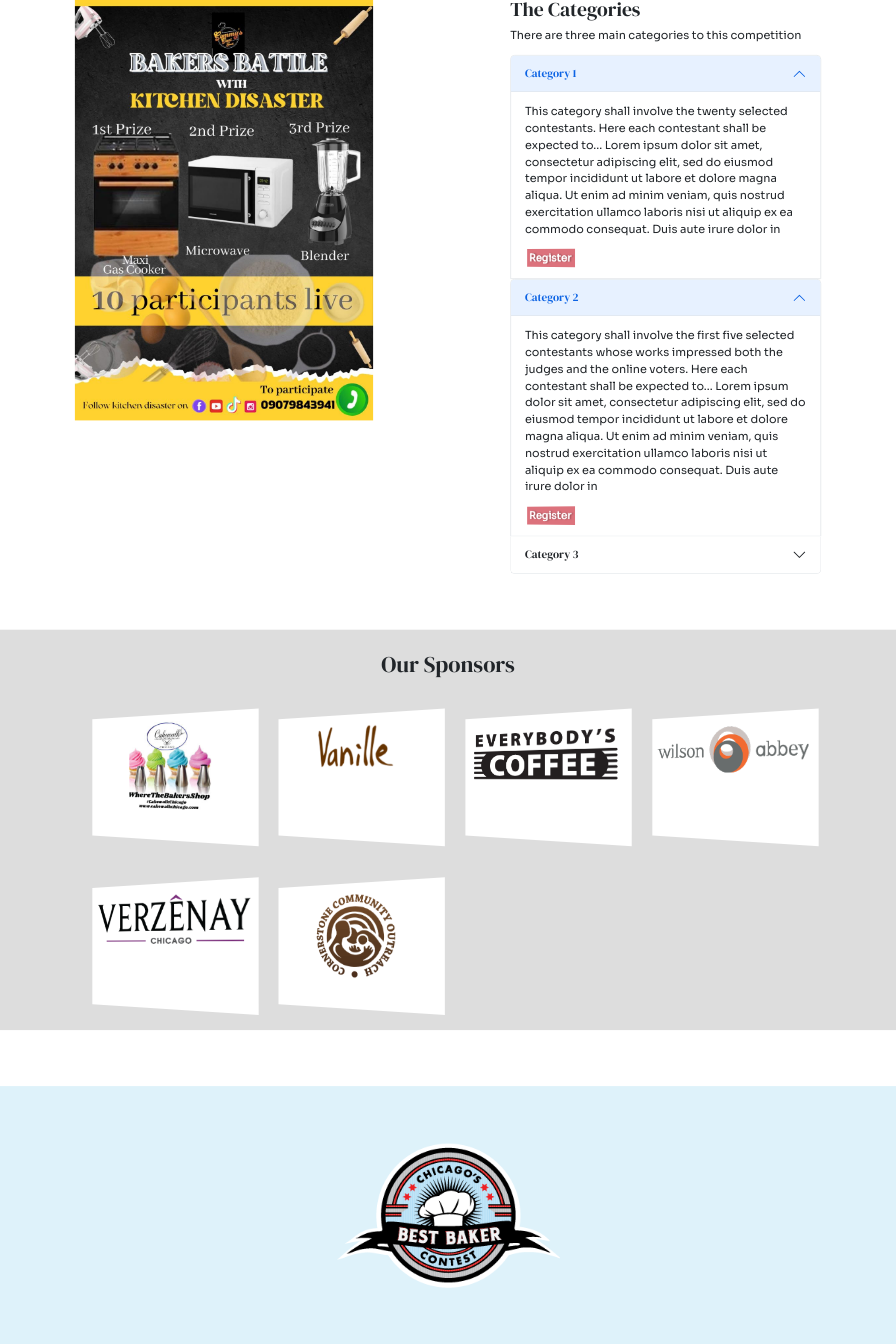
Repository: sarahnnanyelugo/bakers-battle
Page: /
The author's editor kept a copy of each file at every save. The page is drawn from the files as they stood at one save, then again after the next save.
The browser window is 1280 px wide. The pictures show the part of the page from y = 2112 to 4032 px (the page is 4032 px tall before and 3992 px after), at 70% of full size.
The project was rebuilt for these pictures with package versions that can differ from the ones it lists, and the page was loaded fresh each time. Also part of the build but not shown: src/components/ScreenSlide/slide.scss, src/components/ScreenSlide/ScreenSlide.js.

Above is the page before, as saved 2024-07-09 20:28:56.

After the next save:
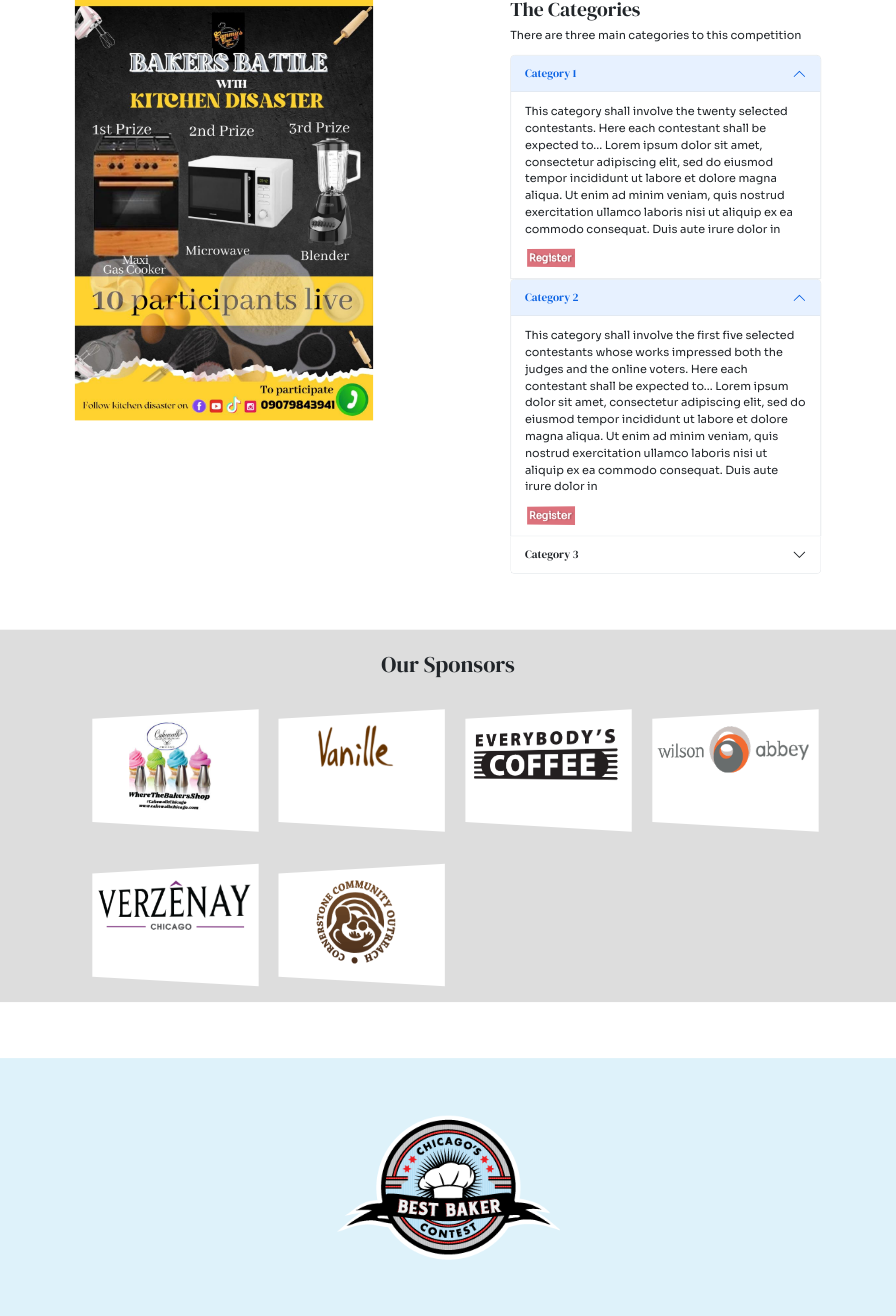
Saved 13 s later.
--- a/src/pages/Home/home.scss
+++ b/src/pages/Home/home.scss
@@ -19,7 +19,7 @@
   .sponsors {
     padding-top: 10px;
     margin-top: 45px;
-    height: 180px;
+    height: 160px;
     background: #fff;
     background: linear-gradient(90deg, #0000 33%, #fff5, #0000 67%)
         var(--_p, 100%) / 300% no-repeat,
